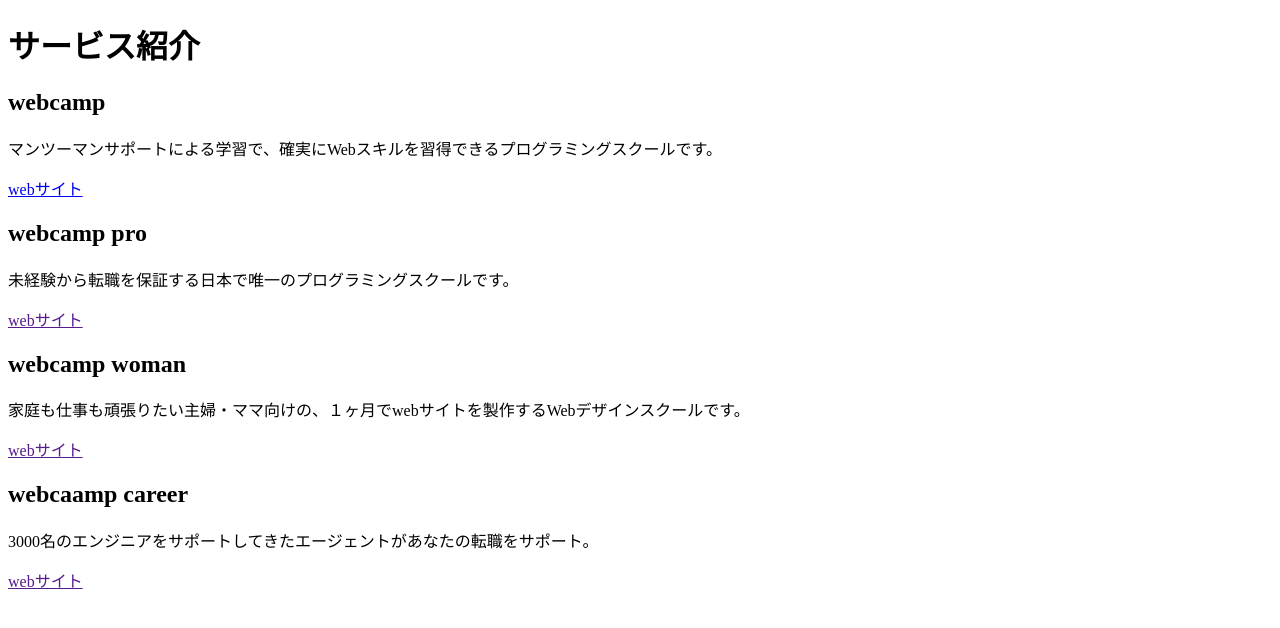
Repository: katayama-Web/html-practice
Page: exsersize/htmlfile.html
The author's editor kept a record of every edit. The page is drawn from the files as they stood at one moment, then again after the next edit.
The browser window is 1280 px wide. The pictures show the whole page.

Above is the page before.

### exsersize/htmlfile.html
<!DOCTYPE HTML>
<html lang="ja">
  <head>
    <meta charset="UTF-8" />
    <title>初めてのHTML</title>
    <link rel="stylesheet" href="cssfile.css"/>
  </head>

<body>
    <h1>サービス紹介</h1>
    <h2>webcamp</h2>
    <p>マンツーマンサポートによる学習で、確実にWebスキルを習得できるプログラミングスクールです。</p>
    <a href="https://web-camp.io/?utm_source=cpc-google&utm_medium=commit-unspecified-brand&utm_term=dmm%20web%E3%82%AD%E3%83%A3%E3%83%B3%E3%83%97_e&gclid=Cj0KCQjw6J-SBhCrARIsAH0yMZivm4lAAns_xO0zJkYnkNS_F-QlvOHEtGCW7wdilkKGI18WnNEySpkaAueUEALw_wcB#">webサイト</a>
    <h2>webcamp pro</h2>
    <p>未経験から転職を保証する日本で唯一のプログラミングスクールです。</p>
    <a href="">webサイト</a>
    <h2>webcamp woman</h2>
    <p>家庭も仕事も頑張りたい主婦・ママ向けの、１ヶ月でwebサイトを製作するWebデザインスクールです。</p>
     <a href="">webサイト</a>
     <h2>webcaamp career</h2>
     <p>3000名のエンジニアをサポートしてきたエージェントがあなたの転職をサポート。</p>
      <a href="">webサイト</a>
  </body>
</html>

### exsersize/cssfile.css
#word-orange {
  color: orange;
}

After the next edit:
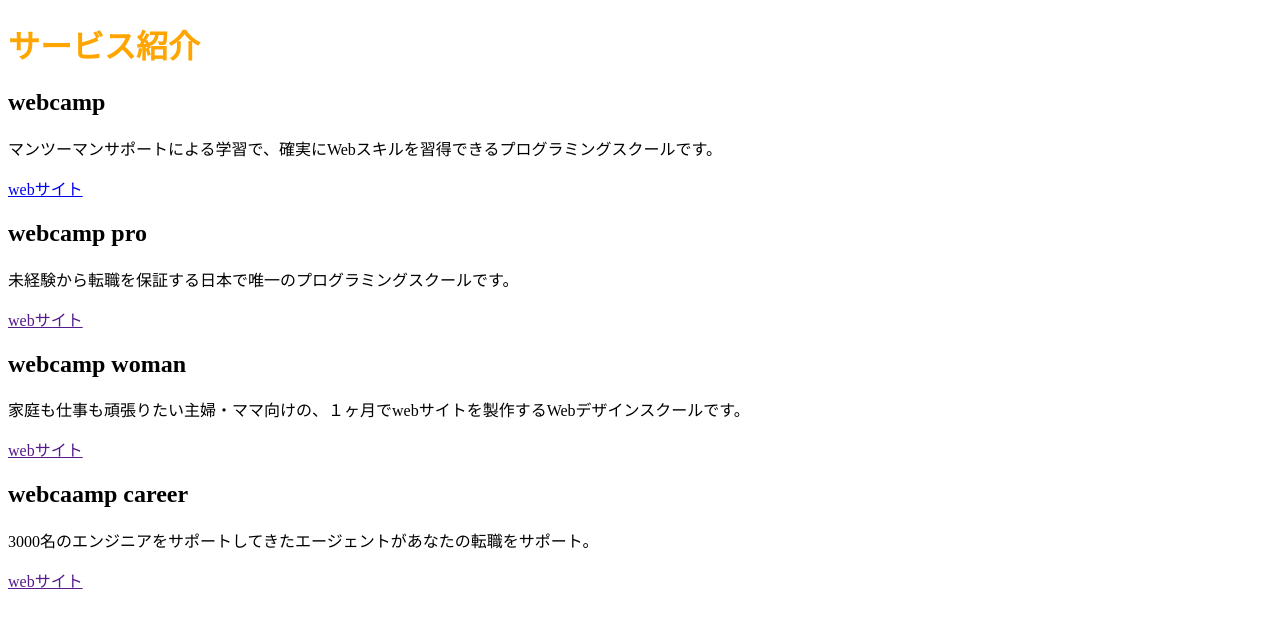
The edit:
--- a/exsersize/htmlfile.html
+++ b/exsersize/htmlfile.html
@@ -7,7 +7,7 @@
   </head>
 
 <body>
-    <h1>サービス紹介</h1>
+    <h1 id="word-orange">サービス紹介</h1>
     <h2>webcamp</h2>
     <p>マンツーマンサポートによる学習で、確実にWebスキルを習得できるプログラミングスクールです。</p>
     <a href="https://web-camp.io/?utm_source=cpc-google&utm_medium=commit-unspecified-brand&utm_term=dmm%20web%E3%82%AD%E3%83%A3%E3%83%B3%E3%83%97_e&gclid=Cj0KCQjw6J-SBhCrARIsAH0yMZivm4lAAns_xO0zJkYnkNS_F-QlvOHEtGCW7wdilkKGI18WnNEySpkaAueUEALw_wcB#">webサイト</a>
